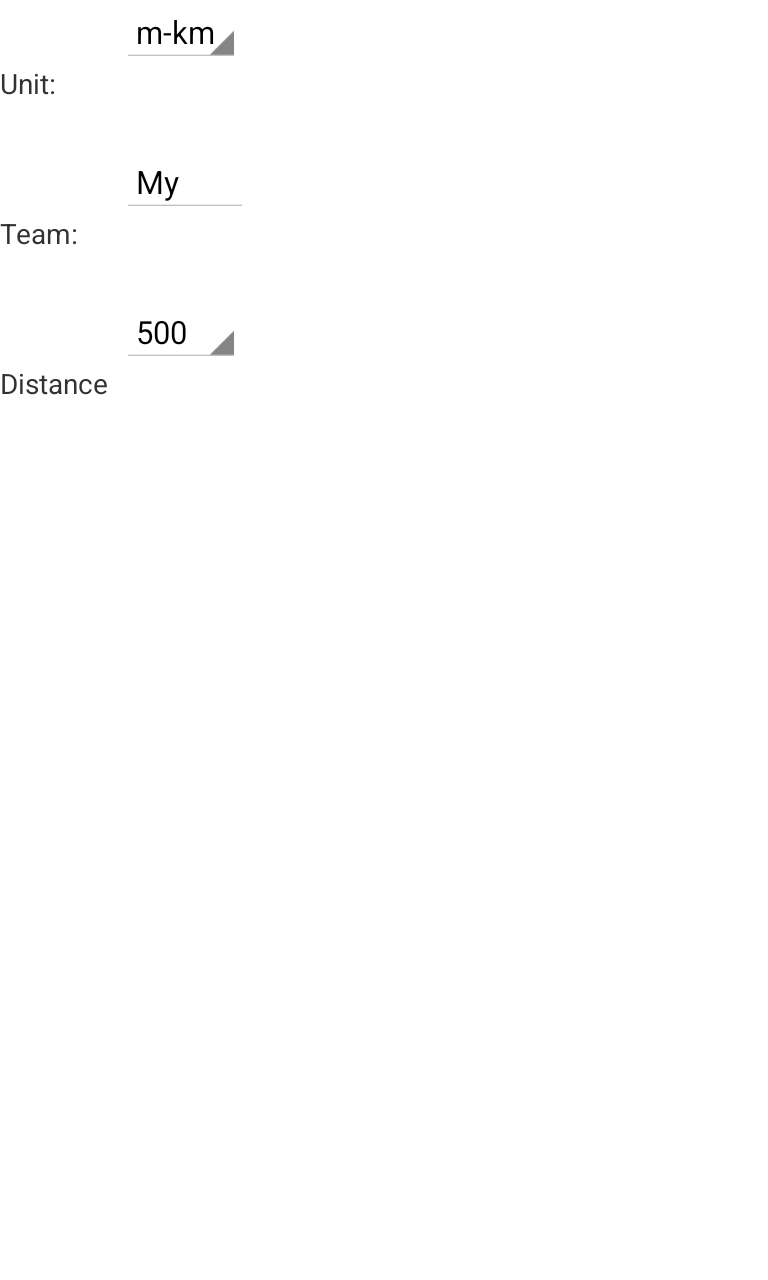
Repository: mpdehnel/seg
Layout: VectorOne/res/layout/activity_settings.xml
An editor plug-in stored every save of this project. The layout is shown before and after the next save, followed by the edit.
It is drawn on a 768 x 1280 px phone screen (xhdpi) without system bars, with theme AppTheme; the app's code is not run.

Above is the layout before, as saved 2013-02-21 16:02:58.

After the next save:
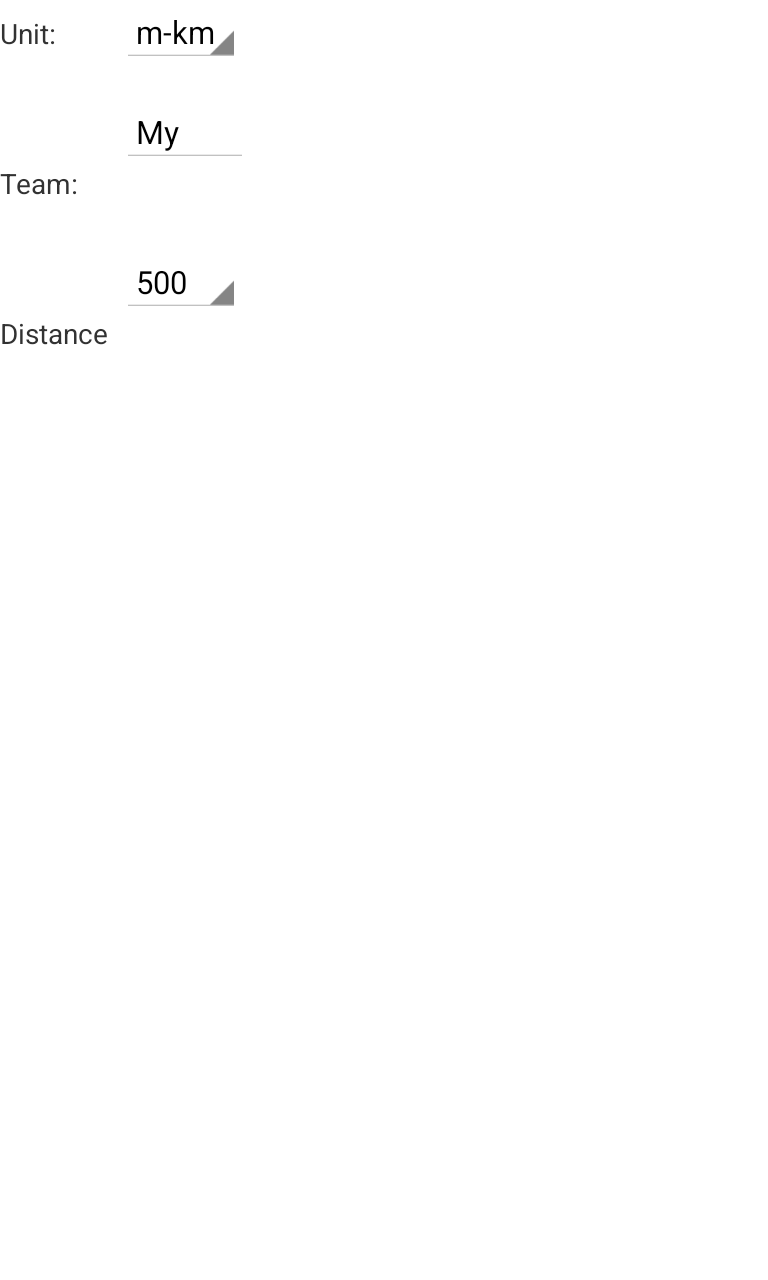
Saved 6 s later.
--- a/VectorOne/res/layout/activity_settings.xml
+++ b/VectorOne/res/layout/activity_settings.xml
@@ -18,7 +18,6 @@
                 android:id="@+id/Unit"
                 android:layout_width="60dp"
                 android:layout_height="50dp"
-                android:layout_marginTop="25"
                 android:text="Unit:" />
 
             <Spinner

After the save that followed:
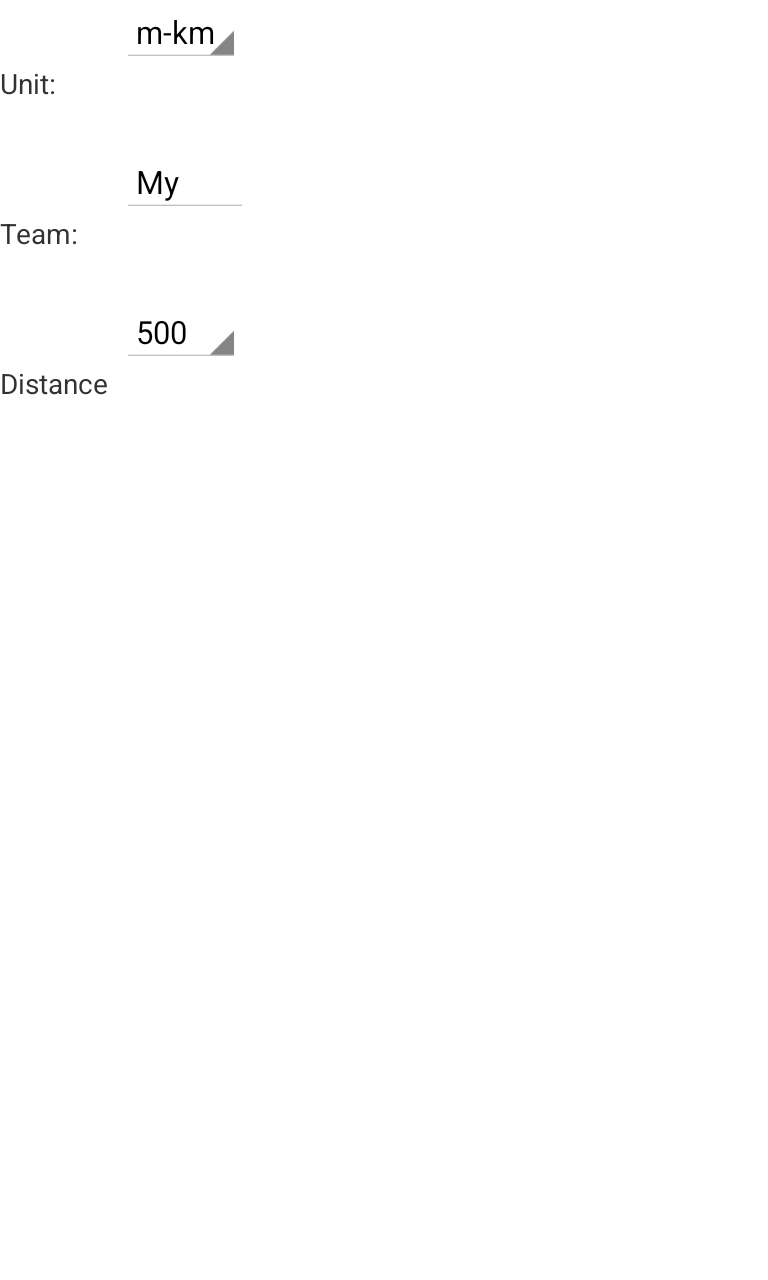
Saved 32 s later.
--- a/VectorOne/res/layout/activity_settings.xml
+++ b/VectorOne/res/layout/activity_settings.xml
@@ -18,6 +18,7 @@
                 android:id="@+id/Unit"
                 android:layout_width="60dp"
                 android:layout_height="50dp"
+                android:layout_marginTop="25dp"
                 android:text="Unit:" />
 
             <Spinner
@@ -36,7 +37,7 @@
                 android:id="@+id/Team"
                 android:layout_width="60dp"
                 android:layout_height="50dp"
-                android:layout_marginTop="25"
+                android:layout_marginTop="25dp"
                 android:text="Team:" />
 
             <Spinner
@@ -55,7 +56,7 @@
                 android:id="@+id/distance"
                 android:layout_width="60dp"
                 android:layout_height="50dp"
-                android:layout_marginTop="25"
+                android:layout_marginTop="25dp"
                 android:text="Distance" />
 
             <Spinner
